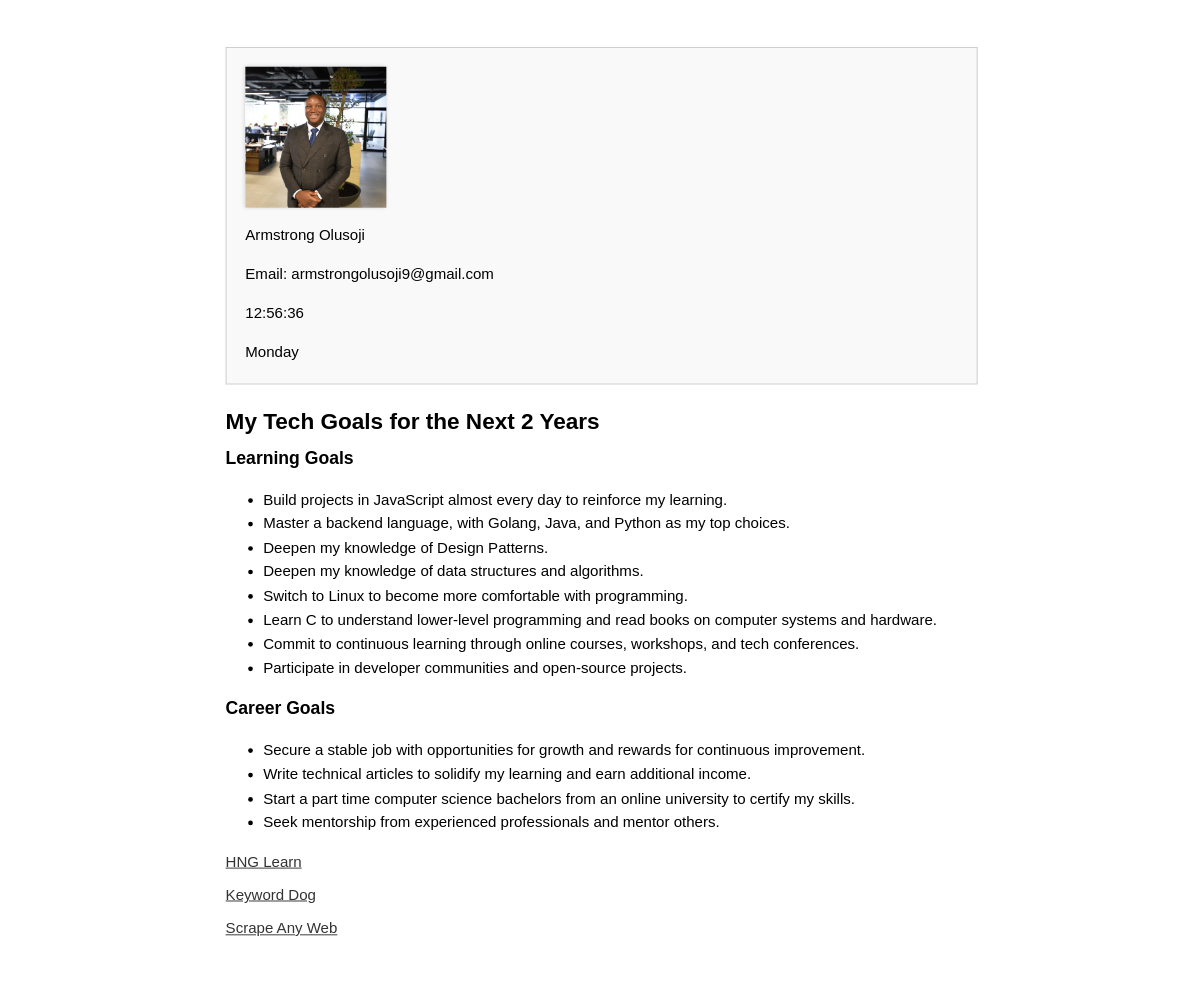
Repository: Armstrong2035/hng-project-one
Page: index.html
These files come from the project's save history. The page is drawn as it stood at one moment and after the next save; the edit follows.
The browser window is 1280 px wide. The pictures show the whole page, at 94% of full size.

Above is the page before, as saved 2024-07-01 17:06:25.

### index.html
<!DOCTYPE html>
<html>
  <head>
    <meta charset="utf-8" />
    <meta name="viewport" content="width=device-width" />
    <title>Armstrong Olusoji's Goals</title>
    <link href="style.css" rel="stylesheet" type="text/css" />
    <script src="script.js" defer></script>
  </head>
  <body>
    <div id="container">
      <div class="profile-card">
        <div class="profile-picture">
          <img
            src="Headshot.jpg"
            alt="Profile Picture"
            class="headshot"
            data-testid="slackProfilePicture"
          />
        </div>
        <div class="display-information">
          <p data-testid="slackDisplayName">Armstrong Olusoji</p>
          <p data-testid="slackEmail">Email: armstrongolusoji9@gmail.com</p>
          <p data-testid="currentTimeUTC" id="current-time">Loading...</p>
          <p data-testid="currentDay" id="current-day">Loading...</p>
        </div>
      </div>

      <section id="my-goals">
        <h2>My Tech Goals for the Next 2 Years</h2>
        <div class="learning-goals">
          <h3>Learning Goals</h3>
          <ul>
            <li>
              Build projects in JavaScript almost every day to reinforce my
              learning.
            </li>
            <li>
              Master a backend language, with Golang, Java, and Python as my top
              choices.
            </li>
            <li>Deepen my knowledge of Design Patterns.</li>
            <li>Deepen my knowledge of data structures and algorithms.</li>
            <li>
              Switch to Linux to become more comfortable with programming.
            </li>
            <li>
              Learn C to understand lower-level programming and read books on
              computer systems and hardware.
            </li>
            <li>
              Commit to continuous learning through online courses, workshops,
              and tech conferences.
            </li>
            <li>
              Participate in developer communities and open-source projects.
            </li>
          </ul>
        </div>
        <div class="career-goals">
          <h3>Career Goals</h3>
          <ul>
            <li>
              Secure a stable job with opportunities for growth and rewards for
              continuous improvement.
            </li>
            <li>
              Write technical articles to solidify my learning and earn
              additional income.
            </li>
            <li>
              Start a part time computer science bachelors from an online
              university to certify my skills.
            </li>
            <li>
              Seek mentorship from experienced professionals and mentor others.
            </li>
          </ul>
        </div>
      </section>

      <section>
        <a href="https://hng.tech/learn" data-testid="hngLink">HNG Learn</a>
        <a href="https://keyword.dog" data-testid="keywordLink">Keyword Dog</a>
        <a href="https://scrapeanyweb.site" data-testid="scrapeanywebLink"
          >Scrape Any Web</a
        >
      </section>
    </div>
  </body>
</html>

### style.css
body {
  font-family: Arial, sans-serif;
  line-height: 1.6;
  margin: 0;
  padding: 0;
  /* background: linear-gradient(to bottom right, #3498db, #2ecc71); */
}

#container {
  max-width: 800px;
  margin: 0 auto;
  padding: 50px;
  background-color: #fff;
}

.profile-card {
  margin-bottom: 20px;
  display: flex;
  flex-direction: column;
  align-items: flex-start;
  border: 1px solid #ccc;
  padding: 20px 20px;
  background-color: #f9f9f9;
}

.profile-picture {
  height: 150px;
  width: 150px;

  align-self: flex-start;
  box-shadow: 0 0 5px rgba(0, 0, 0, 0.2);
}

.profile-picture .headshot {
  height: 100%;
  width: 100%;
  object-fit: cover;
}

.display-information p {
  margin-bottom: 1px;
}

h2,
h3 {
  margin: 5px 0;
}

a {
  display: block;
  margin: 10px 0;
  color: #333;
}

a:hover {
  text-decoration: underline;
}

### script.js
function updateTime() {
  const now = new Date();
  const utcTime = now.toISOString().slice(11, 19);
  const day = now.toLocaleDateString("en-US", { weekday: "long" });
  document.getElementById("current-time").textContent = ` ${utcTime}`;
  document.getElementById("current-day").textContent = ` ${day}`;
}

setInterval(updateTime, 1000);
updateTime();

After the next save:
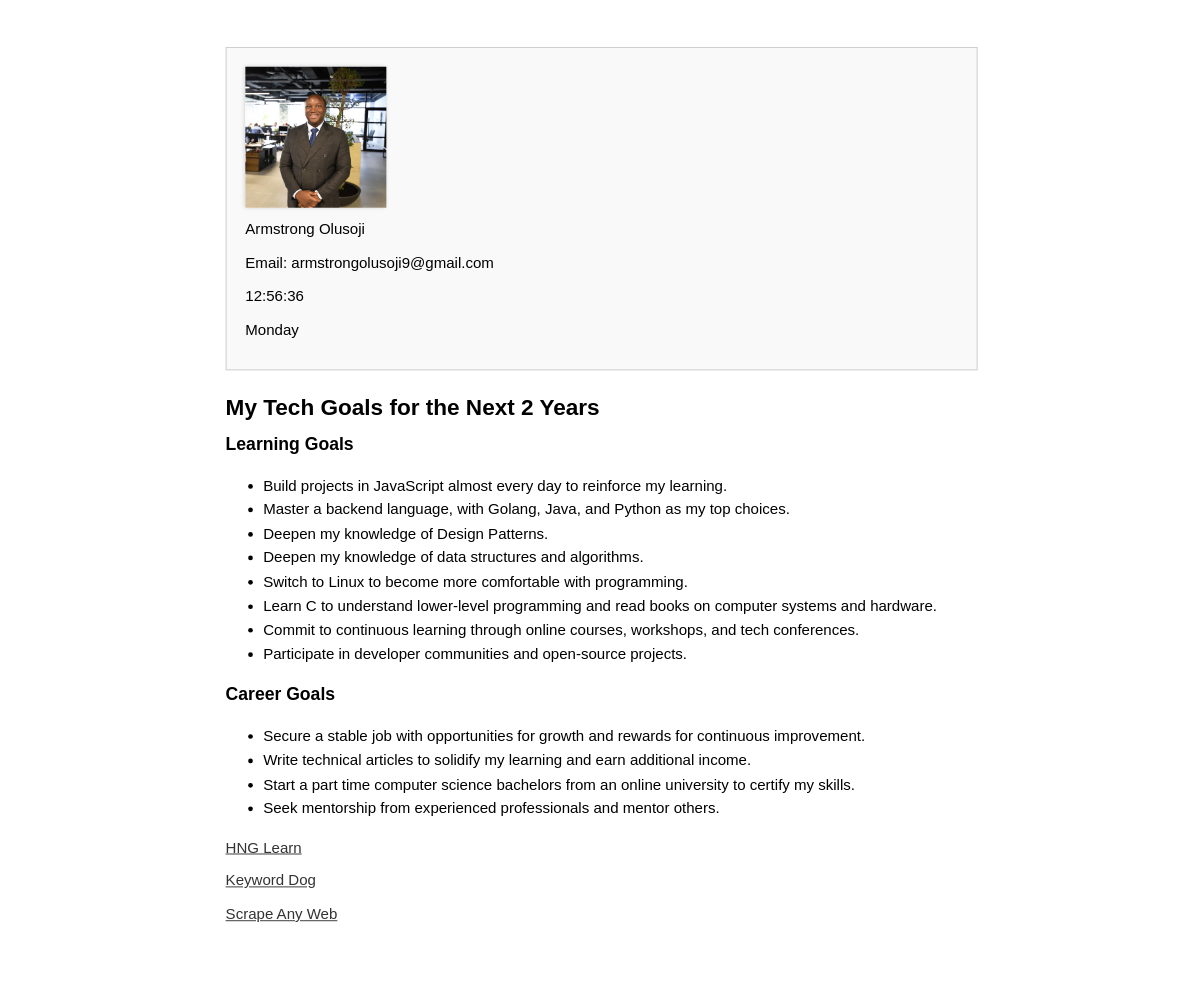
Saved 28 s later.
--- a/style.css
+++ b/style.css
@@ -38,7 +38,7 @@ body {
 }
 
 .display-information p {
-  margin-bottom: 1px;
+  margin: 10px 0;
 }
 
 h2,
